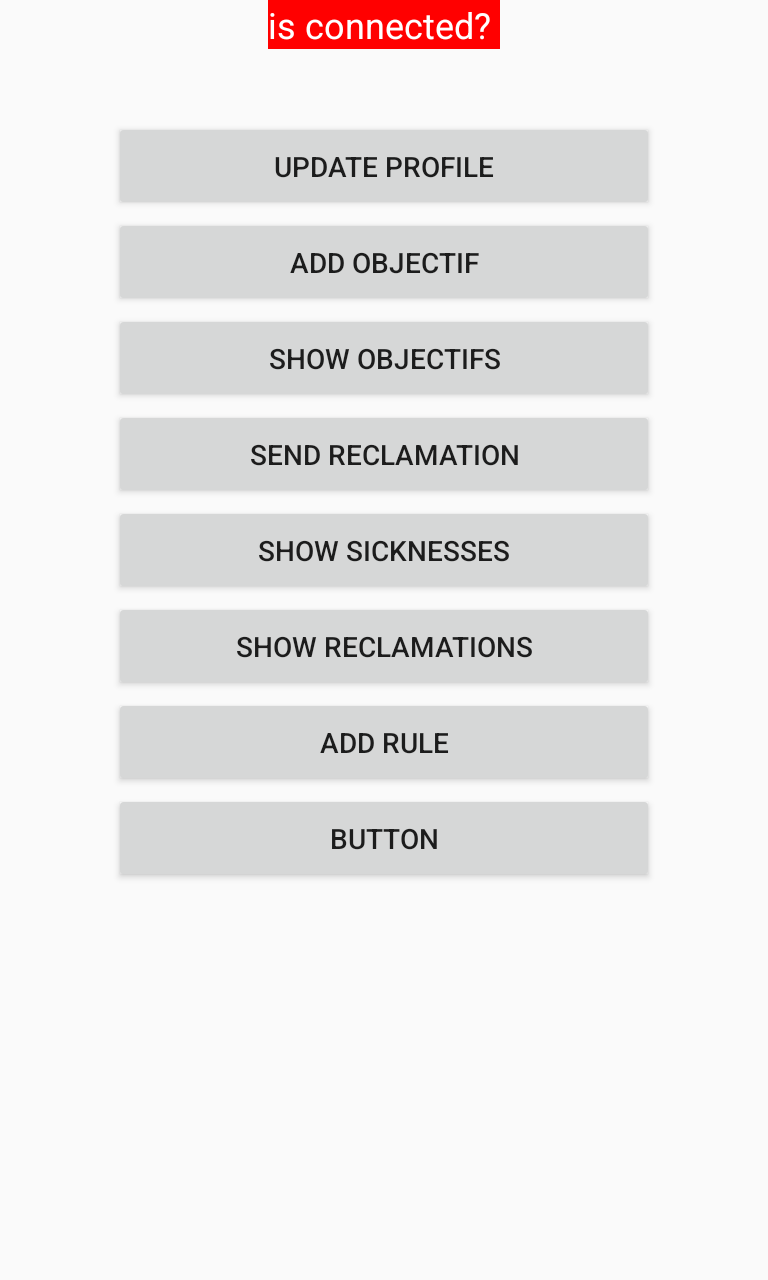
Repository: HAYKEL88/MASTER2_PFE
Layout: PFE_ANDROID/res/layout/activity_welcome_admin.xml
These files come from the project's save history. The layout is drawn as it stood at one moment and after the next save; the edit follows.
It is drawn on a 768 x 1280 px phone screen (xhdpi) without system bars, with theme AppTheme; the app's code is not run.

Above is the layout before, as saved 2014-12-21 11:01:05.

After the next save:
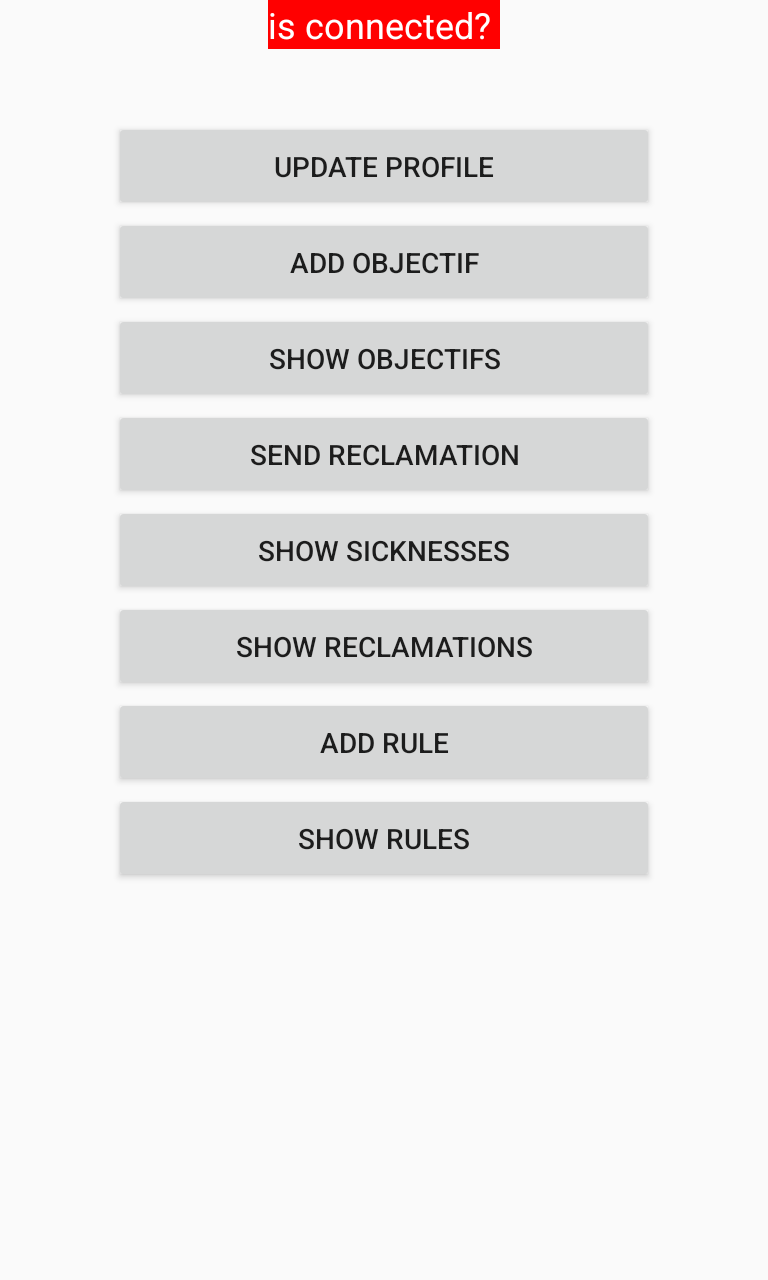
Saved 30 s later.
--- a/PFE_ANDROID/res/layout/activity_welcome_admin.xml
+++ b/PFE_ANDROID/res/layout/activity_welcome_admin.xml
@@ -71,17 +71,17 @@
         android:text="@string/button_showReclamations" />
 
     <Button
-        android:id="@+id/AddRule"
+        android:id="@+id/addRule"
         android:layout_width="272dp"
         android:layout_height="wrap_content"
         android:layout_gravity="center_horizontal"
         android:text="@string/button_addRule" />
 
     <Button
-        android:id="@+id/button3"
+        android:id="@+id/rulesList"
         android:layout_width="272dp"
         android:layout_height="wrap_content"
         android:layout_gravity="center_horizontal"
-        android:text="Button" />
+        android:text="@string/button_showRules" />
 
 </LinearLayout>
